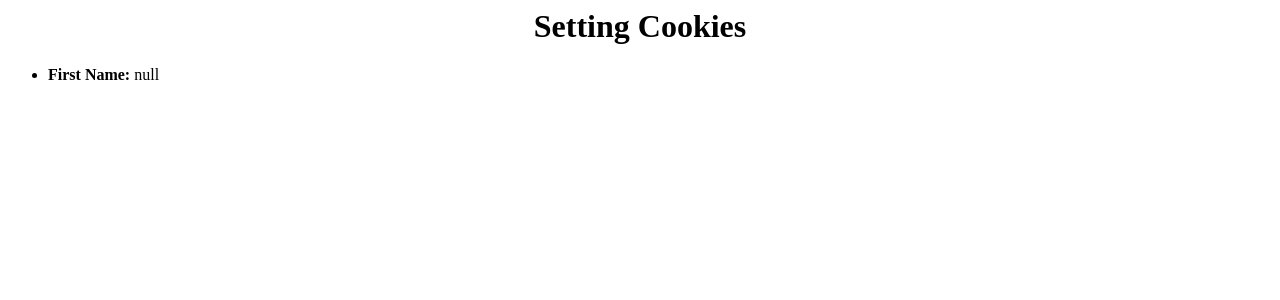
Repository: msibgathulla9980/JSP
Page: http://localhost/HelloWorldJSP/Main.jsp
An editor plug-in stored every save of this project. The page is shown before and after the next save, followed by the edit.
The browser window is 1280 px wide. The pictures show the whole page.
The page is served by Tomcat 9.

Above is the page before, as saved 2019-01-28 11:54:01.

After the next save:
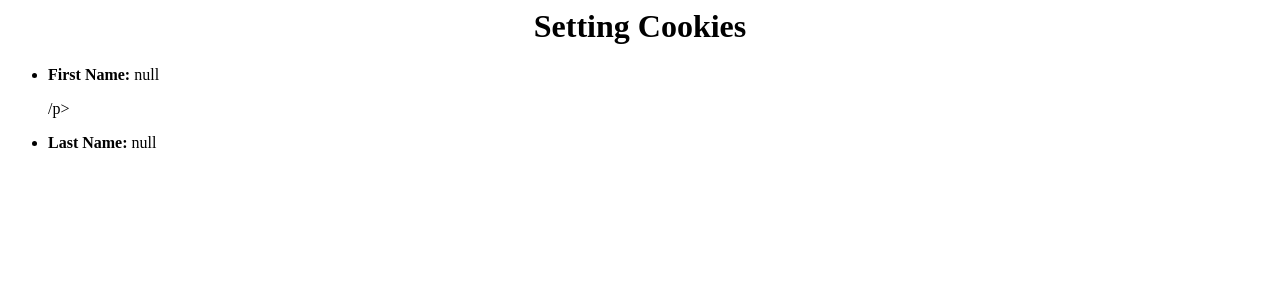
Saved 31 s later.
--- a/HelloWorldJSP/WebContent/Main.jsp
+++ b/HelloWorldJSP/WebContent/Main.jsp
@@ -26,3 +26,12 @@ response.addCookie( lastName );
       <p><b> First Name:</b>
        <%= request.getParameter("first_name")%>
       </p></li>
+
+      /p></li>
+         <li><p><b>Last  Name:</b>
+            <%= request.getParameter("last_name")%>
+         </p></li>
+      </ul>
+
+   </body>
+</html>
